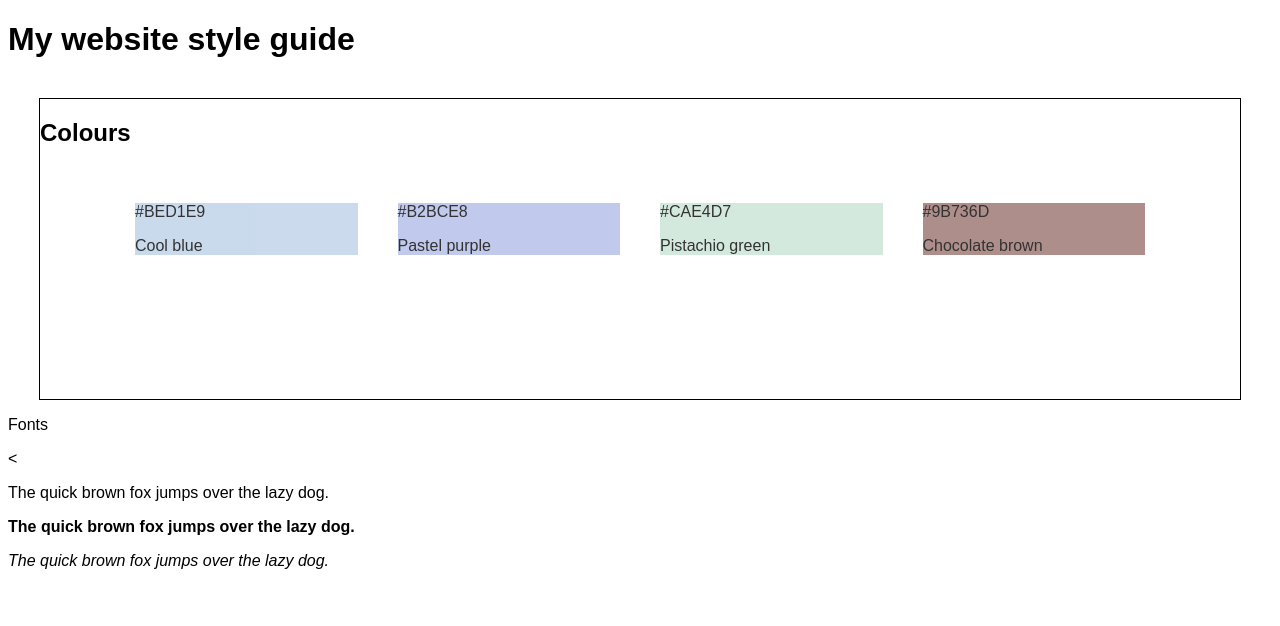
Repository: nazaninrizvi/codecademy
Page: Javascript/website-design-system/index.html
These files come from the project's save history. The page is drawn as it stood at one moment and after a run of saves; the edit follows.
The browser window is 1280 px wide. The pictures show the whole page.

Above is the page before, as saved 2021-11-26 16:11:07.

After the next 2 saves:
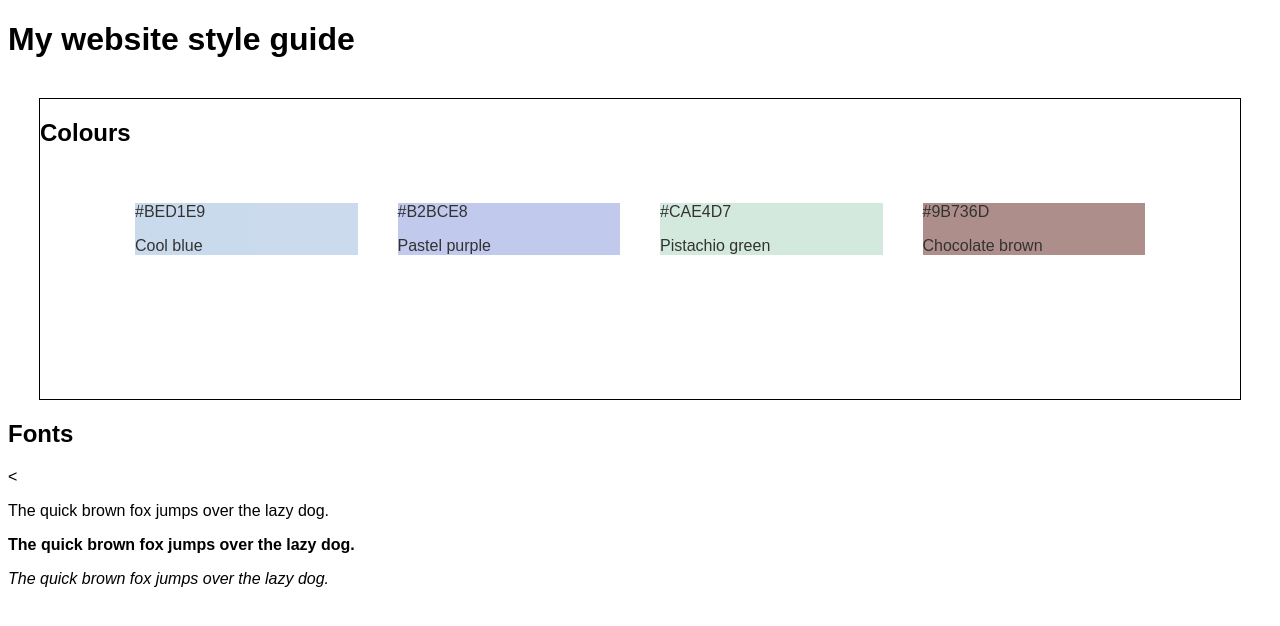
The 2 saves are shown as one change because they came seconds apart.
The last was saved 9 s later.
--- a/Javascript/website-design-system/index.html
+++ b/Javascript/website-design-system/index.html
@@ -33,7 +33,7 @@
             </div>
         </div>
         <div id="fonts">
-           <p>Fonts</p>
+           <h2>Fonts</h2>
            <div class="fontcontainer">
                <div class='font' id="montserrat">
                    <
